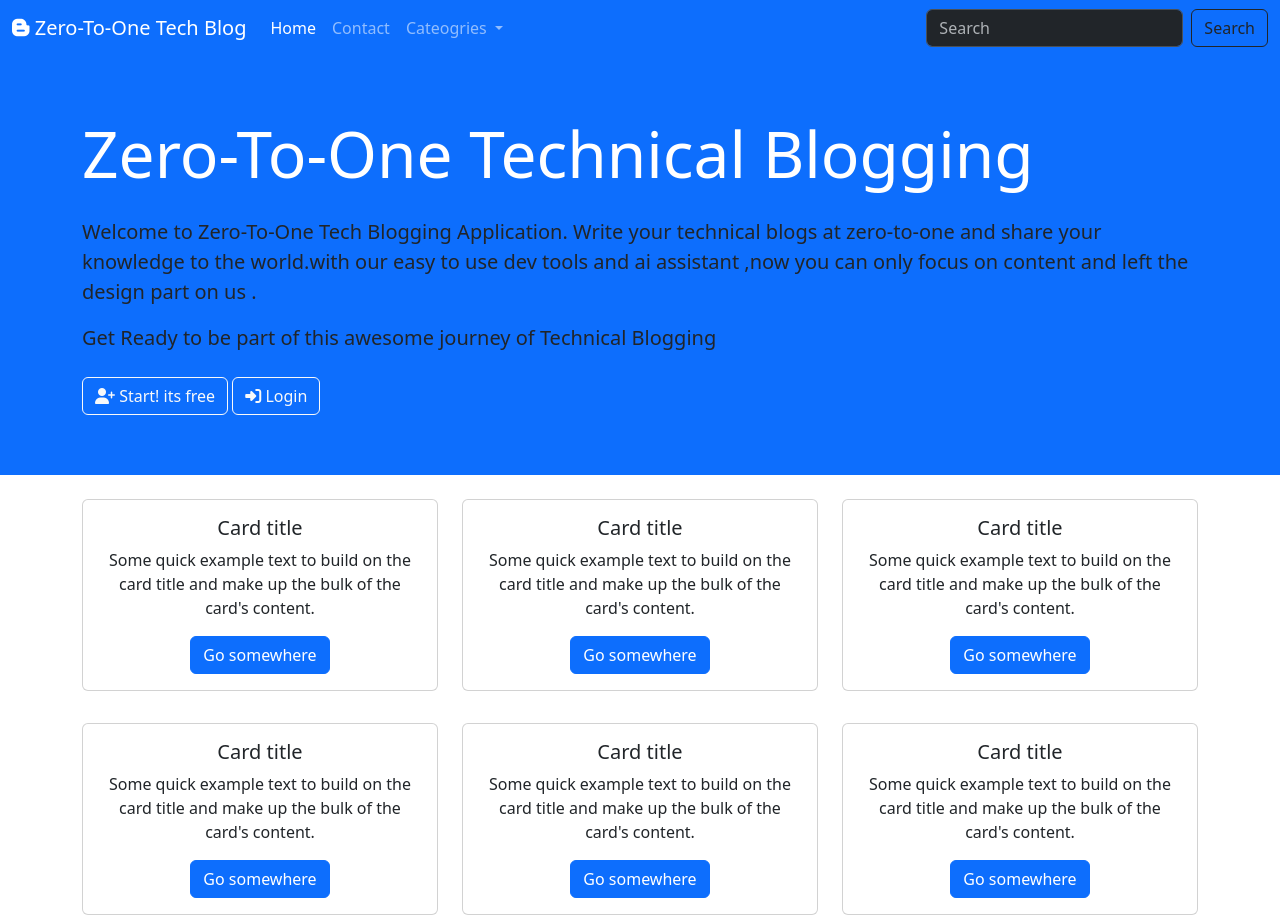
Repository: Gaurav560/PROJECT-ZeroToOne-TechBlog
Page: http://localhost/ZeroToOne/
The author's editor kept a copy of each file at every save. The page is drawn from the files as they stood at one save, then again after the next save.
The browser window is 1280 px wide. The pictures show the whole page.
Some web libraries are served in a nearby version. The page is served by Tomcat 9.

Above is the page before, as saved 2023-04-29 08:02:36.

After the next save:
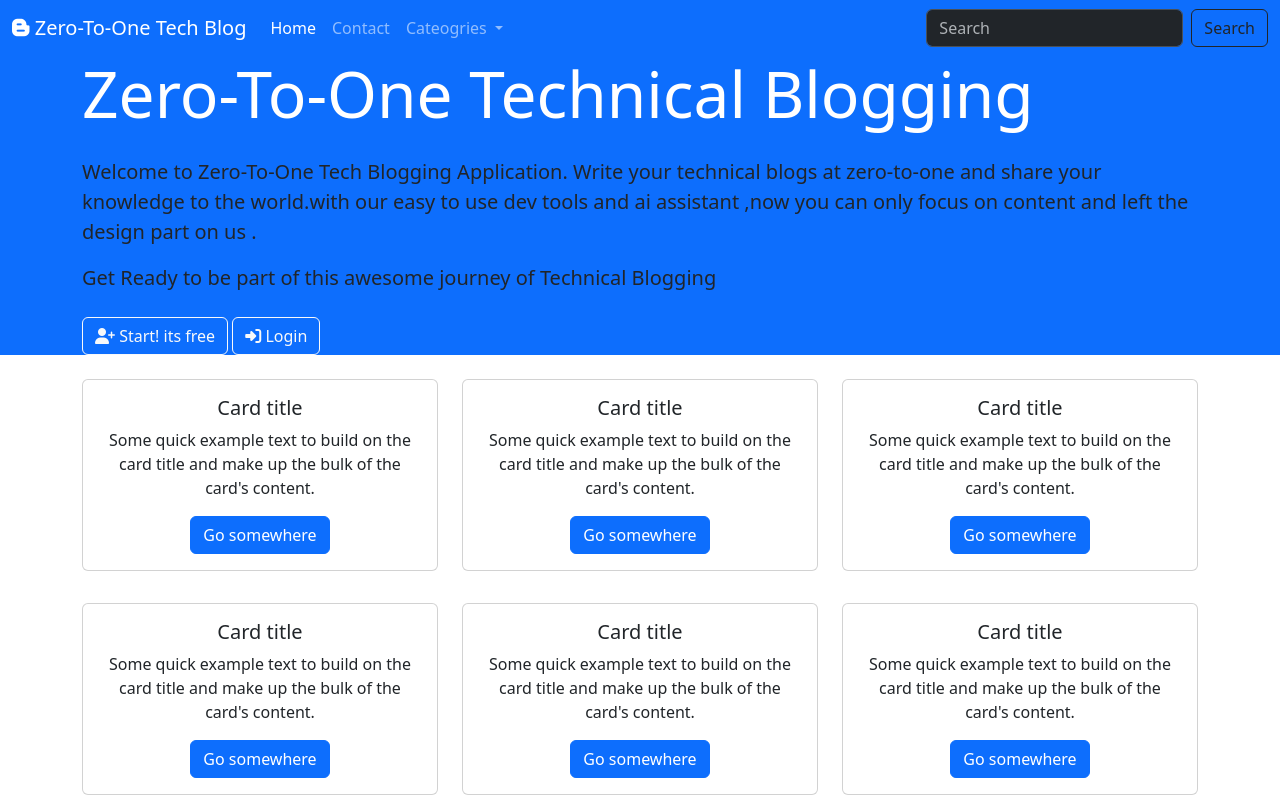
Saved 6 min 23 s later.
--- a/ZeroToOne/src/main/webapp/css/style.css
+++ b/ZeroToOne/src/main/webapp/css/style.css
@@ -2,6 +2,12 @@
 
 	padding:14px;
 }
-.ki{
+.jumbo{
 	padding:60px;
 }
+.banner-background{
+	clip-path: polygon(30% 0%, 70% 0%, 100% 0, 100% 91%, 74% 83%, 34% 93%, 0 90%, 0 0);
+
+
+
+}
